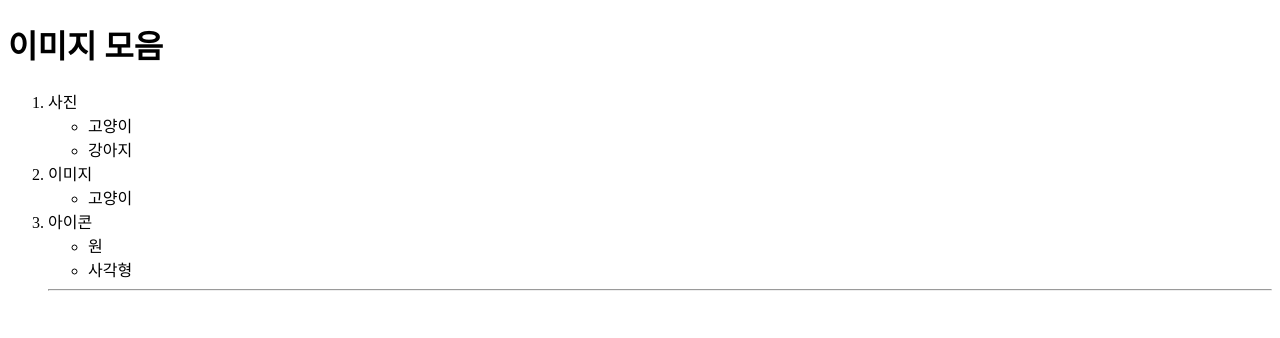
Repository: Hwang-97/HhwDesktop
Page: client/ClientTest/src/main/webapp/html/question/link/q03.html
The author's editor kept a copy of each file at every save. The page is drawn from the files as they stood at one save, then again after the next save.
The browser window is 1280 px wide. The pictures show the whole page.

Above is the page before, as saved 2021-12-10 02:37:44.

After the next save:
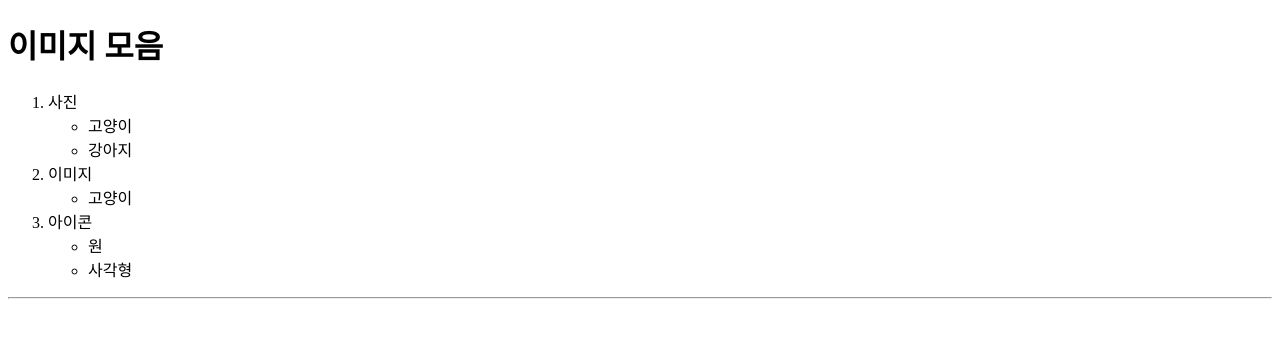
Saved 32 s later.
--- a/client/ClientTest/src/main/webapp/html/question/link/q03.html
+++ b/client/ClientTest/src/main/webapp/html/question/link/q03.html
@@ -21,7 +21,7 @@
 			<li>원</li>
 			<li>사각형</li>
 		</ul>
+</ol>
 <hr wjdth = "100%">
-</ol>
 </body>
 </html>
